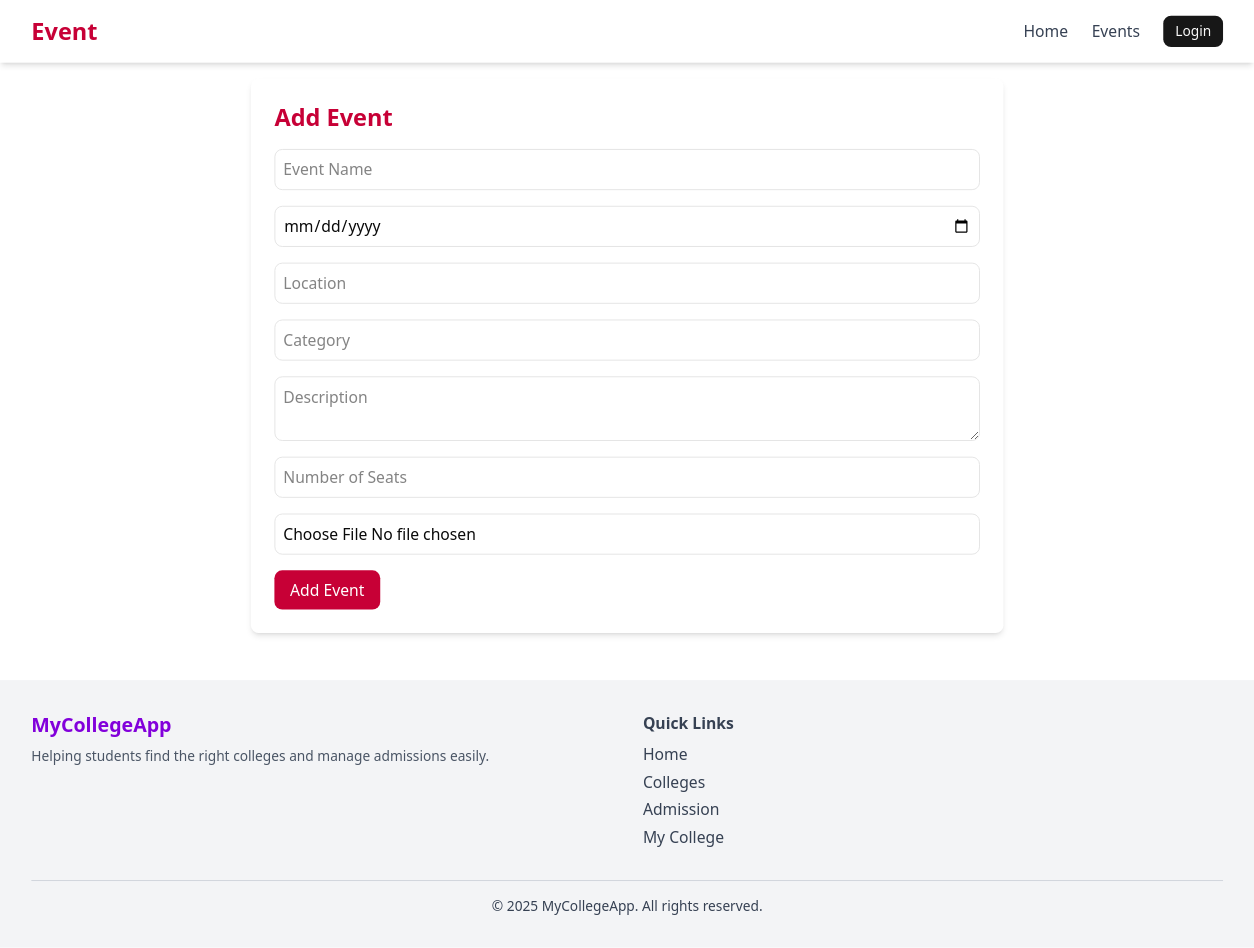
Repository: shshafin/event-client
Page: /add-event
An editor plug-in stored every save of this project. The page is shown before and after the next save, followed by the edit.
The browser window is 1280 px wide. The pictures show the whole page, at 98% of full size.
The page's requests for data from a server got no answer. The project was rebuilt for these pictures with package versions that can differ from the ones it lists, and the page was loaded fresh each time. The framework's server and built-in components were replaced by stand-ins that run in the browser. No one was signed in, and anything a server would have sent is missing. Also part of the build but not shown: next.config.ts, src/components/ui/dropdown-menu.tsx.

Above is the page before, as saved 2025-10-30 00:53:46.

### src/app/layout.tsx
import "@/styles/globals.css";
import { Viewport } from "next";
import clsx from "clsx";

import { fontSans } from "@/config/font";
import { Providers } from "@/lib/provider";

export const viewport: Viewport = {
  themeColor: [
    { media: "(prefers-color-scheme: light)", color: "white" },
    { media: "(prefers-color-scheme: dark)", color: "black" },
  ],
};

export default function RootLayout({
  children,
}: {
  children: React.ReactNode;
}) {
  return (
    <html
      suppressHydrationWarning
      lang="en">
      <head />
      <body
        className={clsx(
          "min-h-screen bg-background font-sans antialiased",
          fontSans.variable
        )}>
        <Providers>{children}</Providers>
      </body>
    </html>
  );
}

### src/app/(withCommonLayout)/layout.tsx
import Footer from "@/components/ui/Footer";
import Navbar from "@/components/ui/Navbar";
import React from "react";

const withCommonLayout = ({ children }: { children: React.ReactNode }) => {
  return (
    <div className="relative flex flex-col h-screen">
      <Navbar />
      <main>{children}</main>
      <Footer />
    </div>
  );
};

export default withCommonLayout;

### src/app/(withCommonLayout)/(admin)/add-event/page.tsx
"use client";

import { useState } from "react";
import { zodResolver } from "@hookform/resolvers/zod";
import * as z from "zod";
import { useAddEvent } from "@/hooks/event.hook";
import FXForm from "@/components/form/FXForm";
import { useFormContext } from "react-hook-form";

// Event validation schema
const eventSchema = z.object({
  name: z.string().min(1, "Event name is required"),
  date: z.string().min(1, "Date is required"),
  location: z.string().min(1, "Location is required"),
  category: z.string().min(1, "Category is required"),
  description: z.string().min(1, "Description is required"),
  numberOfSeats: z.number().min(1, "Number of seats must be at least 1"),
  image: z.any(),
});

type EventFormValues = z.infer<typeof eventSchema>;

const EventFormInputs = () => {
  const {
    register,
    formState: { errors },
  } = useFormContext<EventFormValues>();

  return (
    <div className="grid gap-4">
      <input
        type="text"
        placeholder="Event Name"
        {...register("name")}
        className="border p-2 rounded-md"
      />
      {errors.name && <p className="text-red-500">{errors.name.message}</p>}

      <input
        type="date"
        {...register("date")}
        className="border p-2 rounded-md"
      />
      {errors.date && <p className="text-red-500">{errors.date.message}</p>}

      <input
        type="text"
        placeholder="Location"
        {...register("location")}
        className="border p-2 rounded-md"
      />
      {errors.location && (
        <p className="text-red-500">{errors.location.message}</p>
      )}

      <input
        type="text"
        placeholder="Category"
        {...register("category")}
        className="border p-2 rounded-md"
      />
      {errors.category && (
        <p className="text-red-500">{errors.category.message}</p>
      )}

      <textarea
        placeholder="Description"
        {...register("description")}
        className="border p-2 rounded-md"
      />
      {errors.description && (
        <p className="text-red-500">{errors.description.message}</p>
      )}

      <input
        type="number"
        placeholder="Number of Seats"
        {...register("numberOfSeats", { valueAsNumber: true })}
        className="border p-2 rounded-md"
      />
      {errors.numberOfSeats && (
        <p className="text-red-500">{errors.numberOfSeats.message}</p>
      )}

      <input
        type="file"
        accept="image/*"
        {...register("image")}
        className="border p-2 rounded-md"
      />
    </div>
  );
};

export default function AddEventPage() {
  const { mutateAsync, isPending } = useAddEvent();
  const [error, setError] = useState<string | null>(null);

  const handleSubmit = async (data: EventFormValues) => {
    try {
      const formData = new FormData();
      formData.append("name", data.name);
      formData.append("date", data.date);
      formData.append("location", data.location);
      formData.append("category", data.category);
      formData.append("description", data.description);
      formData.append("numberOfSeats", data.numberOfSeats.toString());

      if (data.image?.length > 0) {
        formData.append("image", data.image[0]);
      }

      await mutateAsync(formData);
      alert("Event created successfully!");
    } catch (err: any) {
      setError(err.message || "Failed to create event");
    }
  };

  return (
    <div className="max-w-3xl mx-auto mt-20 p-6 bg-white shadow-md rounded-md ">
      <h2 className="text-2xl font-bold mb-4 text-rose-700">Add Event</h2>

      <FXForm
        onSubmit={handleSubmit}
        resolver={zodResolver(eventSchema)}>
        <EventFormInputs />

        {error && <p className="text-red-500 mt-2">{error}</p>}

        <button
          type="submit"
          disabled={isPending}
          className="mt-4 bg-rose-700 text-white py-2 px-4 rounded-md hover:bg-rose-800">
          {isPending ? "Submitting..." : "Add Event"}
        </button>
      </FXForm>
    </div>
  );
}

### src/lib/provider/index.tsx
"use client";

import * as React from "react";
import { QueryClient, QueryClientProvider } from "@tanstack/react-query";
import { Toaster } from "sonner";
import UserProvider from "@/context/user.provider";

export interface ProvidersProps {
  children: React.ReactNode;
}

export function Providers({ children }: ProvidersProps) {
  const queryClient = new QueryClient();

  return (
    <QueryClientProvider client={queryClient}>
      <UserProvider>
        <Toaster
          richColors
          position="top-center"
          closeButton
        />
        {children}
      </UserProvider>
    </QueryClientProvider>
  );
}

### src/components/ui/Footer.tsx
"use client";

import Link from "next/link";

export default function Footer() {
  return (
    <footer className="bg-gray-100 dark:bg-gray-900 text-gray-700 dark:text-gray-300 py-8 mt-12">
      <div className="max-w-7xl mx-auto px-4 sm:px-6 lg:px-8">
        <div className="grid grid-cols-1 md:grid-cols-2 gap-8">
          {/* Logo & description */}
          <div>
            <span className="font-bold text-xl text-purple-700">
              MyCollegeApp
            </span>
            <p className="mt-2 text-sm text-gray-600 dark:text-gray-400">
              Helping students find the right colleges and manage admissions
              easily.
            </p>
          </div>

          {/* Quick Links */}
          <div>
            <h3 className="font-semibold mb-2">Quick Links</h3>
            <ul className="space-y-1">
              <li>
                <Link
                  href="/"
                  className="hover:text-purple-700">
                  Home
                </Link>
              </li>
              <li>
                <Link
                  href="/college"
                  className="hover:text-purple-700">
                  Colleges
                </Link>
              </li>
              <li>
                <Link
                  href="/admission"
                  className="hover:text-purple-700">
                  Admission
                </Link>
              </li>
              <li>
                <Link
                  href="/my-college"
                  className="hover:text-purple-700">
                  My College
                </Link>
              </li>
            </ul>
          </div>
        </div>

        <div className="mt-8 border-t border-gray-300 dark:border-gray-700 pt-4 text-center text-sm">
          © {new Date().getFullYear()} MyCollegeApp. All rights reserved.
        </div>
      </div>
    </footer>
  );
}

### src/hooks/event.hook.ts
import {
  addEvent,
  getEventById,
  getEvents,
  searchEventsByName,
} from "@/services/Event-Service";
import { useQuery, useMutation } from "@tanstack/react-query";

// ✅ Get all events
export const useGetEvents = () => {
  return useQuery({
    queryKey: ["GET_EVENTS"],
    queryFn: async () => await getEvents(),
  });
};

// ✅ Get single event by ID
export const useGetEventById = (id: string) => {
  return useQuery({
    queryKey: ["GET_EVENT", id],
    queryFn: async () => await getEventById(id),
    enabled: !!id,
  });
};

// ✅ Search events by name
export const useSearchEvents = (name: string) => {
  return useQuery({
    queryKey: ["SEARCH_EVENTS", name],
    queryFn: async () => await searchEventsByName(name),
    enabled: !!name,
  });
};

// ✅ Add new event (admin only)
export const useAddEvent = () => {
  return useMutation({
    mutationFn: async (formData: FormData) => await addEvent(formData),
  });
};

### src/components/form/FXForm.tsx
"use client";

import { FormProvider, SubmitHandler, useForm } from "react-hook-form";

interface formConfig {
  defaultValues?: Record<string, any>;
  resolver?: any;
}

interface IProps extends formConfig {
  onSubmit: SubmitHandler<any>;
  children: React.ReactNode;
}

const FXForm = ({ children, onSubmit, defaultValues, resolver }: IProps) => {
  const formConfig: formConfig = {};
  if (!!defaultValues) {
    formConfig["defaultValues"] = defaultValues;
  }
  if (!!resolver) {
    formConfig["resolver"] = resolver;
  }
  const methods = useForm(formConfig);
  const submitHandler = methods.handleSubmit;
  return (
    <FormProvider {...methods}>
      <form onSubmit={submitHandler(onSubmit)}>{children}</form>
    </FormProvider>
  );
};

export default FXForm;

### src/context/user.provider.tsx
"use client";

import {
  createContext,
  Dispatch,
  SetStateAction,
  useContext,
  useEffect,
  useState,
} from "react";
import { IUser } from "../types";
import { getCurrentUser } from "../services/AuthService";

interface IUserProviderValues {
  user: IUser | null;
  isLoading: boolean;
  setUser: (user: IUser | null) => void;
  setIsLoading: Dispatch<SetStateAction<boolean>>;
}

const UserContext = createContext<IUserProviderValues | undefined>(undefined);

const UserProvider = ({ children }: { children: React.ReactNode }) => {
  const [user, setUser] = useState<IUser | null>(null);
  const [isLoading, setIsLoading] = useState(true);

  const handleUser = async () => {
    try {
      const user = await getCurrentUser();
      setUser(user);
    } catch (error) {
      console.error("Failed to fetch user:", error);
      setUser(null);
    } finally {
      setIsLoading(false);
    }
  };

  useEffect(() => {
    handleUser();
  }, []);

  return (
    <UserContext.Provider value={{ user, setUser, isLoading, setIsLoading }}>
      {children}
    </UserContext.Provider>
  );
};

export const useUser = () => {
  const context = useContext(UserContext);

  if (context === undefined) {
    throw new Error("useUser must be used within the UserProvider context");
  }

  return context;
};

export default UserProvider;

### src/components/ui/button.tsx
import * as React from "react"
import { Slot } from "@radix-ui/react-slot"
import { cva, type VariantProps } from "class-variance-authority"

import { cn } from "@/lib/utils"

const buttonVariants = cva(
  "inline-flex items-center justify-center gap-2 whitespace-nowrap rounded-md text-sm font-medium transition-all disabled:pointer-events-none disabled:opacity-50 [&_svg]:pointer-events-none [&_svg:not([class*='size-'])]:size-4 shrink-0 [&_svg]:shrink-0 outline-none focus-visible:border-ring focus-visible:ring-ring/50 focus-visible:ring-[3px] aria-invalid:ring-destructive/20 dark:aria-invalid:ring-destructive/40 aria-invalid:border-destructive",
  {
    variants: {
      variant: {
        default: "bg-primary text-primary-foreground hover:bg-primary/90",
        destructive:
          "bg-destructive text-white hover:bg-destructive/90 focus-visible:ring-destructive/20 dark:focus-visible:ring-destructive/40 dark:bg-destructive/60",
        outline:
          "border bg-background shadow-xs hover:bg-accent hover:text-accent-foreground dark:bg-input/30 dark:border-input dark:hover:bg-input/50",
        secondary:
          "bg-secondary text-secondary-foreground hover:bg-secondary/80",
        ghost:
          "hover:bg-accent hover:text-accent-foreground dark:hover:bg-accent/50",
        link: "text-primary underline-offset-4 hover:underline",
      },
      size: {
        default: "h-9 px-4 py-2 has-[>svg]:px-3",
        sm: "h-8 rounded-md gap-1.5 px-3 has-[>svg]:px-2.5",
        lg: "h-10 rounded-md px-6 has-[>svg]:px-4",
        icon: "size-9",
        "icon-sm": "size-8",
        "icon-lg": "size-10",
      },
    },
    defaultVariants: {
      variant: "default",
      size: "default",
    },
  }
)

function Button({
  className,
  variant,
  size,
  asChild = false,
  ...props
}: React.ComponentProps<"button"> &
  VariantProps<typeof buttonVariants> & {
    asChild?: boolean
  }) {
  const Comp = asChild ? Slot : "button"

  return (
    <Comp
      data-slot="button"
      className={cn(buttonVariants({ variant, size, className }))}
      {...props}
    />
  )
}

export { Button, buttonVariants }

### src/services/AuthService/index.ts
"use server";
import { axiosInstance } from "@/lib/AxiosInstance";
import { cookies } from "next/headers";
import { FieldValues } from "react-hook-form";

// ! Register User
export const registerUser = async (userData: FieldValues) => {
  try {
    const { data } = await axiosInstance.post("/users/register", userData);
    return data;
  } catch (error: any) {
    throw new Error(error);
  }
};

// ! Login User
export const loginUser = async (userData: FieldValues) => {
  try {
    const { data } = await axiosInstance.post("/auth/login", userData);
    if (data?.success) {
      (await cookies()).set("access_token", data?.data?.accessToken);
    }
    return data;
  } catch (error: any) {
    throw new Error(error);
  }
};

// ! Logout User
export const logoutUser = async () => {
  (await cookies()).delete("access_token");
};

// ! get user
export const getCurrentUser = async () => {
  const accessToken = (await cookies()).get("access_token")?.value;

  if (!accessToken) return null;

  try {
    const { data } = await axiosInstance.get("/auth/me", {
      headers: {
        Authorization: `Bearer ${accessToken}`,
      },
    });

    return data;
  } catch (err) {
    console.error("Failed to fetch current user:", err);
    return null;
  }
};

### src/services/Event-Service/index.ts
"use server";

import { axiosInstance } from "@/lib/AxiosInstance";
import { getToken } from "../AdmissionService";

// Get all events
export const getEvents = async () => {
  try {
    const { data } = await axiosInstance.get("/events/all");
    return data;
  } catch (error: any) {
    throw new Error(error?.response?.data?.message || "Failed to fetch events");
  }
};

// Get single event by ID
export const getEventById = async (id: string) => {
  try {
    const { data } = await axiosInstance.get(`/events/${id}`);
    return data;
  } catch (error: any) {
    throw new Error(error?.response?.data?.message || "Failed to fetch event");
  }
};

// Add new event (admin only)
export const addEvent = async (payload: FormData) => {
  try {
    const token = await getToken();

    const { data } = await axiosInstance.post("/events/create", payload, {
      headers: {
        Authorization: `Bearer ${token}`,
        "Content-Type": "multipart/form-data",
      },
    });

    return data;
  } catch (error: any) {
    throw new Error(error?.response?.data?.message || "Failed to create event");
  }
};

// Search events by name
export const searchEventsByName = async (name: string) => {
  try {
    const { data } = await axiosInstance.get("/events/search", {
      params: { name },
    });
    return data;
  } catch (error: any) {
    throw new Error(
      error?.response?.data?.message || "Failed to search events"
    );
  }
};

### src/lib/AxiosInstance/index.ts
"use server";

import { envConfig } from "@/config/envConfig";
import axios from "axios";
import { cookies } from "next/headers";

export const axiosInstance = axios.create({
  baseURL: envConfig.base_Api,
});

axiosInstance.interceptors.request.use(
  async (config) => {
    try {
      const cookieStore = await cookies(); //
      const cookie = cookieStore.get("accessToken");
      const accessToken = cookie?.value;

      if (accessToken && config.headers) {
        config.headers.Authorization = `Bearer ${accessToken}`;
      }

      return config;
    } catch (err) {
      console.error("Axios request interceptor error:", err);
      return config;
    }
  },
  (error) => {
    return Promise.reject(error);
  }
);

axiosInstance.interceptors.response.use(
  (response) => response,
  (error) => {
    console.error(
      "Axios response error:",
      error.response?.data || error.message
    );
    return Promise.reject(error);
  }
);

### src/config/envConfig.ts
export const envConfig = {
  base_Api: process.env.NEXT_PUBLIC_BASE_API,
  base_Url: process.env.NEXT_PUBLIC_BASE_URL,
};

Loaded but not shown: src/styles/globals.css (common file); src/config/font.ts (common file); src/lib/utils.ts (common file); src/components/ui/Navbar.tsx (200 lines, source omitted); src/services/AdmissionService/index.ts (116 lines, source omitted)

After the next save:
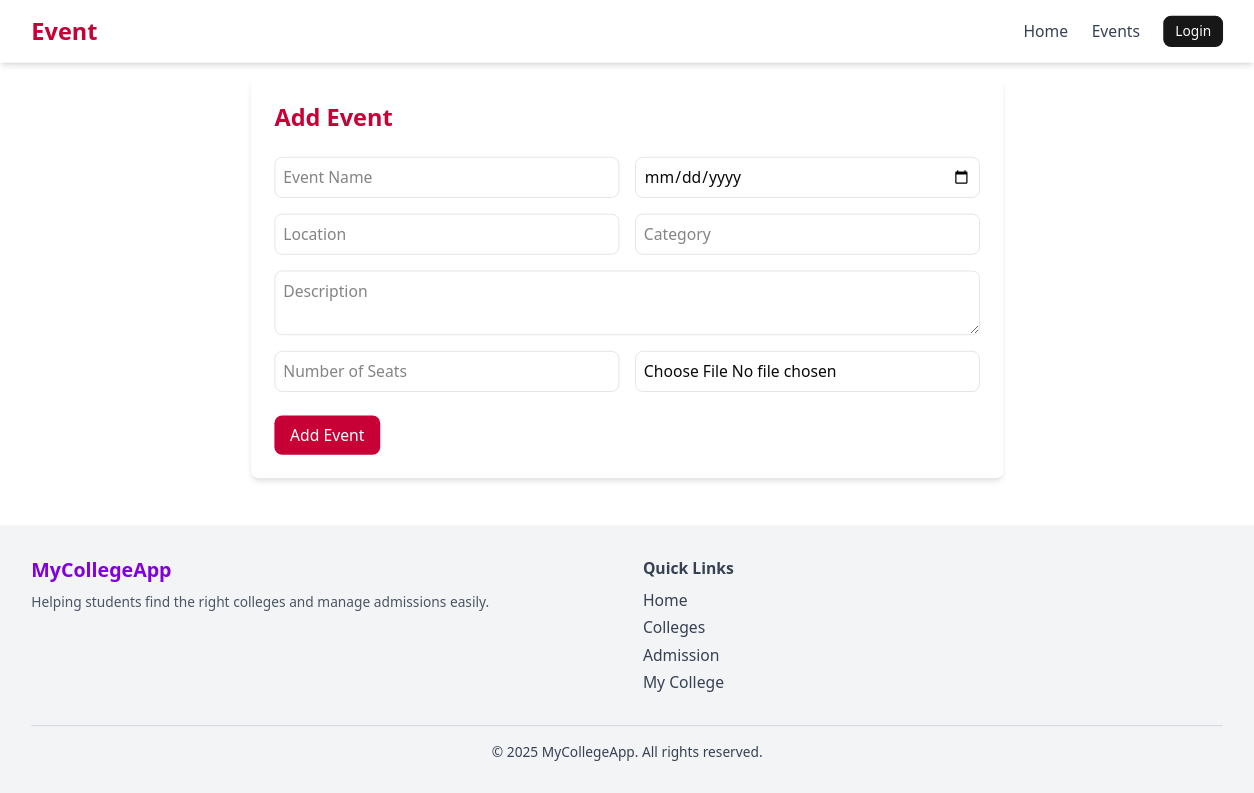
Saved 8 min 35 s later.
--- a/src/app/(withCommonLayout)/(admin)/add-event/page.tsx
+++ b/src/app/(withCommonLayout)/(admin)/add-event/page.tsx
@@ -20,6 +20,7 @@ const eventSchema = z.object({
 
 type EventFormValues = z.infer<typeof eventSchema>;
 
+// Input fields using useFormContext
 const EventFormInputs = () => {
   const {
     register,
@@ -27,67 +28,85 @@ const EventFormInputs = () => {
   } = useFormContext<EventFormValues>();
 
   return (
-    <div className="grid gap-4">
-      <input
-        type="text"
-        placeholder="Event Name"
-        {...register("name")}
-        className="border p-2 rounded-md"
-      />
-      {errors.name && <p className="text-red-500">{errors.name.message}</p>}
+    <div className="grid gap-4 sm:grid-cols-1 md:grid-cols-2">
+      <div className="flex flex-col">
+        <input
+          type="text"
+          placeholder="Event Name"
+          {...register("name")}
+          className="border p-2 rounded-md w-full"
+        />
+        {errors.name && (
+          <p className="text-red-500 text-sm">{errors.name.message}</p>
+        )}
+      </div>
 
-      <input
-        type="date"
-        {...register("date")}
-        className="border p-2 rounded-md"
-      />
-      {errors.date && <p className="text-red-500">{errors.date.message}</p>}
+      <div className="flex flex-col">
+        <input
+          type="date"
+          {...register("date")}
+          className="border p-2 rounded-md w-full"
+        />
+        {errors.date && (
+          <p className="text-red-500 text-sm">{errors.date.message}</p>
+        )}
+      </div>
 
-      <input
-        type="text"
-        placeholder="Location"
-        {...register("location")}
-        className="border p-2 rounded-md"
-      />
-      {errors.location && (
-        <p className="text-red-500">{errors.location.message}</p>
-      )}
+      <div className="flex flex-col">
+        <input
+          type="text"
+          placeholder="Location"
+          {...register("location")}
+          className="border p-2 rounded-md w-full"
+        />
+        {errors.location && (
+          <p className="text-red-500 text-sm">{errors.location.message}</p>
+        )}
+      </div>
 
-      <input
-        type="text"
-        placeholder="Category"
-        {...register("category")}
-        className="border p-2 rounded-md"
-      />
-      {errors.category && (
-        <p className="text-red-500">{errors.category.message}</p>
-      )}
+      <div className="flex flex-col">
+        <input
+          type="text"
+          placeholder="Category"
+          {...register("category")}
+          className="border p-2 rounded-md w-full"
+        />
+        {errors.category && (
+          <p className="text-red-500 text-sm">{errors.category.message}</p>
+        )}
+      </div>
 
-      <textarea
-        placeholder="Description"
-        {...register("description")}
-        className="border p-2 rounded-md"
-      />
-      {errors.description && (
-        <p className="text-red-500">{errors.description.message}</p>
-      )}
+      <div className="flex flex-col md:col-span-2">
+        <textarea
+          placeholder="Description"
+          {...register("description")}
+          className="border p-2 rounded-md w-full"
+        />
+        {errors.description && (
+          <p className="text-red-500 text-sm">{errors.description.message}</p>
+        )}
+      </div>
 
-      <input
-        type="number"
-        placeholder="Number of Seats"
-        {...register("numberOfSeats", { valueAsNumber: true })}
-        className="border p-2 rounded-md"
-      />
-      {errors.numberOfSeats && (
-        <p className="text-red-500">{errors.numberOfSeats.message}</p>
-      )}
+      <div className="flex flex-col">
+        <input
+          type="number"
+          placeholder="Number of Seats"
+          {...register("numberOfSeats", { valueAsNumber: true })}
+          className="border p-2 rounded-md w-full"
+        />
+        {errors.numberOfSeats && (
+          <p className="text-red-500 text-sm">{errors.numberOfSeats.message}</p>
+        )}
+      </div>
 
-      <input
-        type="file"
-        accept="image/*"
-        {...register("image")}
-        className="border p-2 rounded-md"
-      />
+      <div className="flex flex-col">
+        <input
+          type="file"
+          accept="image/*"
+          {...register("image")}
+          className="border p-2 rounded-md w-full"
+        />
+      </div>
     </div>
   );
 };
@@ -118,8 +137,10 @@ export default function AddEventPage() {
   };
 
   return (
-    <div className="max-w-3xl mx-auto mt-20 p-6 bg-white shadow-md rounded-md ">
-      <h2 className="text-2xl font-bold mb-4 text-rose-700">Add Event</h2>
+    <div className="max-w-3xl mx-auto mt-20 p-4 sm:p-6 bg-white shadow-md rounded-md">
+      <h2 className="text-2xl font-bold mb-6 text-rose-700 text-center sm:text-left">
+        Add Event
+      </h2>
 
       <FXForm
         onSubmit={handleSubmit}
@@ -131,7 +152,7 @@ export default function AddEventPage() {
         <button
           type="submit"
           disabled={isPending}
-          className="mt-4 bg-rose-700 text-white py-2 px-4 rounded-md hover:bg-rose-800">
+          className="mt-6 w-full sm:w-auto bg-rose-700 text-white py-2 px-4 rounded-md hover:bg-rose-800 transition-colors duration-200">
           {isPending ? "Submitting..." : "Add Event"}
         </button>
       </FXForm>
